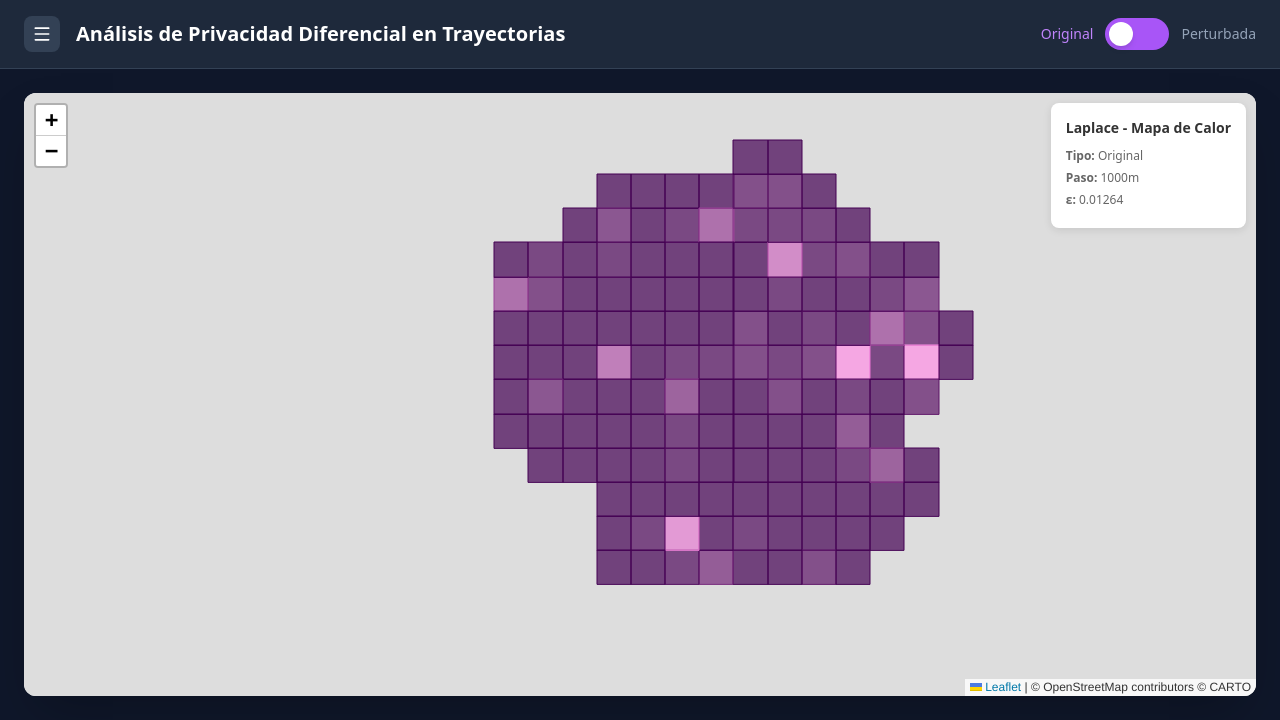
Repository: cflorido/front_thesis
Page: /
An editor plug-in stored every save of this project. The page is shown before and after the next save, followed by the edit.
The browser window is 1280 px wide. The pictures show the whole page.
The project was rebuilt for these pictures with package versions that can differ from the ones it lists, and the page was loaded fresh each time. Also part of the build but not shown: vite.config.js.

Above is the page before, as saved 2025-10-17 11:36:58.

### index.html
<!doctype html>
<html lang="en">
  <head>
    <meta charset="UTF-8" />
    <link rel="icon" type="image/svg+xml" href="/vite.svg" />
    <meta name="viewport" content="width=device-width, initial-scale=1.0" />
    <title>differential-privacy-viz</title>
  </head>
  <body>
    <div id="root"></div>
    <script type="module" src="/src/main.jsx"></script>
  </body>
</html>

### src/App.jsx
import React, { useState, useEffect } from 'react';
import { Menu, X, MapPin, TrendingUp, Navigation, Grid, BarChart3, ArrowRightLeft } from 'lucide-react';
import Papa from 'papaparse';

const DifferentialPrivacyVisualizer = () => {
  const [menuOpen, setMenuOpen] = useState(false);
  const [selectedAlgorithm, setSelectedAlgorithm] = useState('laplace');
  const [selectedGraphType, setSelectedGraphType] = useState('heatmap');
  const [showOriginal, setShowOriginal] = useState(true);
  const [selectedK, setSelectedK] = useState(1);
  const [selectedEpsilon, setSelectedEpsilon] = useState('0.01264');
  const [selectedPaso, setSelectedPaso] = useState(1000);
  const [mapHTML, setMapHTML] = useState('');
  const [loading, setLoading] = useState(false);

  const algorithms = [
    { id: 'laplace', name: 'Laplace', icon: TrendingUp },
    { id: 'pivot', name: 'Pivot Sampling', icon: Navigation },
    { id: 'anchor', name: 'Anchor Pivot', icon: MapPin }
  ];

  const graphTypes = [
    { id: 'heatmap', name: 'Mapa de Calor', icon: Grid },
    { id: 'destinations', name: 'Destinos', icon: MapPin },
    { id: 'origins', name: 'Orígenes', icon: Navigation },
    { id: 'flows', name: 'Flujos OD', icon: ArrowRightLeft }
  ];

  const epsilonValues = ['0.01264', '0.02148', '0.03032', '0.03916', '0.04358'];
  const kValues = [1, 2, 3, 4, 5];
  const pasoValues = [1000, 1500, 2000, 2500, 3000];

  const loadCSVData = async (folder, paramStr, odType) => {
    try {
      const odFile = `/${folder}/OD_${odType}_${paramStr}.csv`;
      const celdasFile = `/${folder}/celdas_${paramStr}.csv`;
      const minimosFile = `/${folder}/minimos_${paramStr}.csv`;
      console.log('Archivos a cargar:', { odFile, celdasFile, minimosFile });

      const [odResponse, celdasResponse, minimosResponse] = await Promise.all([
        fetch(odFile),
        fetch(celdasFile),
        fetch(minimosFile)
      ]);

      if (!odResponse.ok || !celdasResponse.ok || !minimosResponse.ok) {
        throw new Error('Error cargando archivos CSV');
      }

      const [odText, celdasText, minimosText] = await Promise.all([
        odResponse.text(),
        celdasResponse.text(),
        minimosResponse.text()
      ]);

      const odData = Papa.parse(odText, { header: true, dynamicTyping: true }).data;
      const celdasData = Papa.parse(celdasText, { header: true, dynamicTyping: true }).data;
      const minimosData = Papa.parse(minimosText, { header: true, dynamicTyping: true }).data;

      console.log('Datos cargados exitosamente desde:', { odFile, celdasFile, minimosFile });
      // Convertir OD a matriz
      const OD = odData.map(row => Object.values(row).filter(v => typeof v === 'number'));

      // Convertir celdas a diccionario
      const celdas = {};
      celdasData.forEach(row => {
        if (row.i !== undefined && row.j !== undefined && row.indice !== undefined) {
          celdas[`${row.i},${row.j}`] = row.indice;
        }
      });

      const lat_min = minimosData[0].lat_min;
      const lon_min = minimosData[0].lon_min;

      return { OD, celdas, lat_min, lon_min };
    } catch (error) {
      console.error('Error cargando datos:', error);
      throw error;
    }
  };

  const generateHeatmap = (OD, celdas, lat_min, lon_min, paso_m, odType) => {
    const viajes_por_celda = OD.map((row, i) => row[i] || 0);
    const max_viajes = Math.max(...viajes_por_celda);

    const celdasArray = Object.entries(celdas).map(([key, idx]) => {
      const [i, j] = key.split(',').map(Number);
      return { i, j, idx };
    });

    let rectangles = '';
    celdasArray.forEach(({ i, j, idx }) => {
      const paso_lat = paso_m / 111000;
      const paso_lon = paso_m / (111000 * Math.cos((lat_min * Math.PI) / 180));
      const lat_c = lat_min + (i + 0.5) * paso_lat;
      const lon_c = lon_min + (j + 0.5) * paso_lon;
      const radio_lat = (paso_m / 2) / 111000;
      const radio_lon = (paso_m / 2) / (111000 * Math.cos((lat_c * Math.PI) / 180));

      const intensidad = viajes_por_celda[idx] || 0;
      const normalizado = max_viajes > 0 ? intensidad / max_viajes : 0;

      // Plasma colormap
      const r = Math.floor(255 * (0.267 + normalizado * 0.733));
      const g = Math.floor(255 * (0.005 + normalizado * 0.567));
      const b = Math.floor(255 * (0.329 + normalizado * 0.573));
      const color = `rgb(${r},${g},${b})`;

      rectangles += `
        L.rectangle(
          [[${lat_c - radio_lat}, ${lon_c - radio_lon}], [${lat_c + radio_lat}, ${lon_c + radio_lon}]],
          {
            color: '${color}',
            fillColor: '${color}',
            fillOpacity: 0.7,
            weight: 1
          }
        ).bindPopup('Zona: ${idx}<br>Viajes: ${intensidad}').addTo(map);
      `;
    });

    return rectangles;
  };

  const generateDestinations = (OD, celdas, lat_min, lon_min, paso_m) => {
    const viajes_por_celda = Array(OD.length).fill(0);
    for (let j = 0; j < OD[0].length; j++) {
      for (let i = 0; i < OD.length; i++) {
        viajes_por_celda[j] += OD[i][j] || 0;
      }
    }

    const max_viajes = Math.max(...viajes_por_celda);
    const celdasArray = Object.entries(celdas).map(([key, idx]) => {
      const [i, j] = key.split(',').map(Number);
      return { i, j, idx };
    });

    let rectangles = '';
    celdasArray.forEach(({ i, j, idx }) => {
      const paso_lat = paso_m / 111000;
      const paso_lon = paso_m / (111000 * Math.cos((lat_min * Math.PI) / 180));
      const lat_c = lat_min + (i + 0.5) * paso_lat;
      const lon_c = lon_min + (j + 0.5) * paso_lon;
      const radio_lat = (paso_m / 2) / 111000;
      const radio_lon = (paso_m / 2) / (111000 * Math.cos((lat_c * Math.PI) / 180));

      const intensidad = viajes_por_celda[idx] || 0;
      const normalizado = max_viajes > 0 ? intensidad / max_viajes : 0;

      const r = Math.floor(255 * (0.267 + normalizado * 0.733));
      const g = Math.floor(255 * (0.005 + normalizado * 0.567));
      const b = Math.floor(255 * (0.329 + normalizado * 0.573));
      const color = `rgb(${r},${g},${b})`;

      rectangles += `
        L.rectangle(
          [[${lat_c - radio_lat}, ${lon_c - radio_lon}], [${lat_c + radio_lat}, ${lon_c + radio_lon}]],
          {
            color: '${color}',
            fillColor: '${color}',
            fillOpacity: 0.7,
            weight: 1
          }
        ).bindPopup('Zona destino: ${idx}<br>Viajes recibidos: ${intensidad}').addTo(map);
      `;
    });

    return rectangles;
  };

  const generateOrigins = (OD, celdas, lat_min, lon_min, paso_m) => {
    const viajes_por_celda = OD.map(row => row.reduce((a, b) => a + (b || 0), 0));
    const max_viajes = Math.max(...viajes_por_celda);

    const celdasArray = Object.entries(celdas).map(([key, idx]) => {
      const [i, j] = key.split(',').map(Number);
      return { i, j, idx };
    });

    let rectangles = '';
    celdasArray.forEach(({ i, j, idx }) => {
      const paso_lat = paso_m / 111000;
      const paso_lon = paso_m / (111000 * Math.cos((lat_min * Math.PI) / 180));
      const lat_c = lat_min + (i + 0.5) * paso_lat;
      const lon_c = lon_min + (j + 0.5) * paso_lon;
      const radio_lat = (paso_m / 2) / 111000;
      const radio_lon = (paso_m / 2) / (111000 * Math.cos((lat_c * Math.PI) / 180));

      const intensidad = viajes_por_celda[idx] || 0;
      const normalizado = max_viajes > 0 ? intensidad / max_viajes : 0;

      const r = Math.floor(255 * (0.267 + normalizado * 0.733));
      const g = Math.floor(255 * (0.005 + normalizado * 0.567));
      const b = Math.floor(255 * (0.329 + normalizado * 0.573));
      const color = `rgb(${r},${g},${b})`;

      rectangles += `
        L.rectangle(
          [[${lat_c - radio_lat}, ${lon_c - radio_lon}], [${lat_c + radio_lat}, ${lon_c + radio_lon}]],
          {
            color: '${color}',
            fillColor: '${color}',
            fillOpacity: 0.7,
            weight: 1
          }
        ).bindPopup('Zona origen: ${idx}<br>Viajes enviados: ${intensidad}').addTo(map);
      `;
    });

    return rectangles;
  };

  const generateFlows = (OD, celdas, lat_min, lon_min, paso_m) => {
    const max_viajes = Math.max(...OD.flat());
    const celdasArray = Object.entries(celdas).map(([key, idx]) => {
      const [i, j] = key.split(',').map(Number);
      return { i, j, idx };
    });

    // Función auxiliar para obtener coordenadas
    const getCellCenter = (idx) => {
      const cell = celdasArray.find(c => c.idx === idx);
      if (!cell) return null;
      const paso_lat = paso_m / 111000;
      const paso_lon = paso_m / (111000 * Math.cos((lat_min * Math.PI) / 180));
      const lat_c = lat_min + (cell.i + 0.5) * paso_lat;
      const lon_c = lon_min + (cell.j + 0.5) * paso_lon;
      return [lat_c, lon_c];
    };

    let flows = '';
    for (let i = 0; i < OD.length; i++) {
      for (let j = 0; j < OD[i].length; j++) {
        if (OD[i][j] > 0) {
          const origin = getCellCenter(i);
          const dest = getCellCenter(j);
          if (!origin || !dest) continue;

          const weight = 2 + (OD[i][j] / max_viajes * 5);
          const normalizado = OD[i][j] / max_viajes;
          const r = Math.floor(255 * (1 - normalizado));
          const b = Math.floor(255 * normalizado);
          const color = `rgba(${r},0,${b},0.6)`;

          flows += `
            L.polyline(
              [[${origin[0]}, ${origin[1]}], [${dest[0]}, ${dest[1]}]],
              {
                color: '${color}',
                weight: ${weight},
                opacity: 0.6
              }
            ).bindPopup('Viajes desde celda ${i} a celda ${j}: ${OD[i][j]}').addTo(map);
          `;
        }
      }
    }

    return flows;
  };

  const generateMap = async () => {
    setLoading(true);

    try {
      let folder = '';
      let paramStr = '';

      if (selectedAlgorithm === 'laplace') {
        folder = 'Laplace_data';
        paramStr = `eps${selectedEpsilon}_paso${selectedPaso}`;
      } else if (selectedAlgorithm === 'pivot') {
        folder = 'Pivot_data';
        paramStr = `k${selectedK}_paso${selectedPaso}`;
      } else {
        folder = 'Pivot_data_anchor';
        paramStr = `k${selectedK}_paso${selectedPaso}`;
      }

      const odType = showOriginal ? 'original' : 'perturbada';
      const { OD, celdas, lat_min, lon_min } = await loadCSVData(folder, paramStr, odType);

      let mapContent = '';
      if (selectedGraphType === 'heatmap') {
        mapContent = generateHeatmap(OD, celdas, lat_min, lon_min, selectedPaso, odType);
      } else if (selectedGraphType === 'destinations') {
        mapContent = generateDestinations(OD, celdas, lat_min, lon_min, selectedPaso);
      } else if (selectedGraphType === 'origins') {
        mapContent = generateOrigins(OD, celdas, lat_min, lon_min, selectedPaso);
      } else if (selectedGraphType === 'flows') {
        mapContent = generateFlows(OD, celdas, lat_min, lon_min, selectedPaso);
      }

      const algorithmName = algorithms.find(a => a.id === selectedAlgorithm)?.name;
      const graphName = graphTypes.find(g => g.id === selectedGraphType)?.name;

      const html = `
        <!DOCTYPE html>
        <html>
        <head>
          <link rel="stylesheet" href="https://unpkg.com/leaflet@1.9.4/dist/leaflet.css" />
          <script src="https://unpkg.com/leaflet@1.9.4/dist/leaflet.js"></script>
          <style>
            body { margin: 0; padding: 0; }
            #map { height: 100vh; width: 100%; }
            .info-box {
              position: absolute;
              top: 10px;
              right: 10px;
              background: white;
              padding: 15px;
              border-radius: 8px;
              box-shadow: 0 2px 8px rgba(0,0,0,0.1);
              z-index: 1000;
              font-family: system-ui;
            }
            .info-box h3 { margin: 0 0 10px 0; font-size: 14px; color: #333; }
            .info-box p { margin: 5px 0; font-size: 12px; color: #666; }
          </style>
        </head>
        <body>
          <div id="map"></div>
          <div class="info-box">
            <h3>${algorithmName} - ${graphName}</h3>
            <p><strong>Tipo:</strong> ${showOriginal ? 'Original' : 'Perturbada'}</p>
            <p><strong>Paso:</strong> ${selectedPaso}m</p>
            ${selectedAlgorithm === 'laplace' ? `<p><strong>ε:</strong> ${selectedEpsilon}</p>` : `<p><strong>k:</strong> ${selectedK}</p>`}
          </div>
          <script>
            var map = L.map('map').setView([${lat_min + 0.05}, ${lon_min + 0.05}], 12);
            L.tileLayer('https://{s}.basemaps.cartocdn.com/light_all/{z}/{x}/{y}{r}.png', {
              attribution: '&copy; OpenStreetMap contributors &copy; CARTO',
              subdomains: 'abcd',
              maxZoom: 20
            }).addTo(map);

            ${mapContent}
          </script>
        </body>
        </html>
      `;

      setMapHTML(html);
    } catch (error) {
      console.error('Error generando mapa:', error);
      setMapHTML(`
        <div style="padding: 40px; text-align: center; color: #666;">
          <h3>Error al cargar los datos</h3>
          <p>${error.message}</p>
          <p style="font-size: 12px; margin-top: 20px;">Asegúrate de que los archivos CSV estén en la carpeta public/</p>
        </div>
      `);
    }

    setLoading(false);
  };

  useEffect(() => {
    generateMap();
  }, [selectedAlgorithm, selectedGraphType, showOriginal, selectedK, selectedEpsilon, selectedPaso]);

  return (
    <div className="h-screen w-screen bg-slate-900 flex overflow-hidden">
      <div
        className={`bg-slate-800 transition-all duration-300 ease-in-out ${
          menuOpen ? 'w-1/4' : 'w-0'
        } overflow-hidden flex flex-col`}
      >
        <div className="p-6 border-b border-slate-700">
          <h2 className="text-xl font-bold text-white flex items-center gap-2">
            <MapPin className="w-5 h-5 text-emerald-400" />
            Configuración
          </h2>
        </div>

        <div className="flex-1 overflow-y-auto p-6 space-y-6">
          <div>
            <label className="text-sm font-semibold text-slate-300 mb-3 block">
              Algoritmo
            </label>
            <div className="space-y-2">
              {algorithms.map((algo) => (
                <button
                  key={algo.id}
                  onClick={() => setSelectedAlgorithm(algo.id)}
                  className={`w-full px-4 py-3 rounded-lg flex items-center gap-3 transition-all ${
                    selectedAlgorithm === algo.id
                      ? 'bg-emerald-500 text-white shadow-lg shadow-emerald-500/50'
                      : 'bg-slate-700 text-slate-300 hover:bg-slate-600'
                  }`}
                >
                  <algo.icon className="w-4 h-4" />
                  <span className="font-medium">{algo.name}</span>
                </button>
              ))}
            </div>
          </div>

          <div>
            <label className="text-sm font-semibold text-slate-300 mb-3 block">
              Tipo de Visualización
            </label>
            <div className="space-y-2">
              {graphTypes.map((type) => (
                <button
                  key={type.id}
                  onClick={() => setSelectedGraphType(type.id)}
                  className={`w-full px-4 py-3 rounded-lg flex items-center gap-3 transition-all ${
                    selectedGraphType === type.id
                      ? 'bg-blue-500 text-white shadow-lg shadow-blue-500/50'
                      : 'bg-slate-700 text-slate-300 hover:bg-slate-600'
                  }`}
                >
                  <type.icon className="w-4 h-4" />
                  <span className="font-medium">{type.name}</span>
                </button>
              ))}
            </div>
          </div>

          <div>
            <label className="text-sm font-semibold text-slate-300 mb-3 block">
              Paso (metros)
            </label>
            <select
              value={selectedPaso}
              onChange={(e) => setSelectedPaso(Number(e.target.value))}
              className="w-full px-4 py-2 rounded-lg bg-slate-700 text-white border border-slate-600 focus:border-emerald-500 focus:outline-none"
            >
              {pasoValues.map(p => (
                <option key={p} value={p}>{p}m</option>
              ))}
            </select>
          </div>

          {selectedAlgorithm === 'laplace' ? (
            <div>
              <label className="text-sm font-semibold text-slate-300 mb-3 block">
                Epsilon (ε)
              </label>
              <select
                value={selectedEpsilon}
                onChange={(e) => setSelectedEpsilon(e.target.value)}
                className="w-full px-4 py-2 rounded-lg bg-slate-700 text-white border border-slate-600 focus:border-emerald-500 focus:outline-none"
              >
                {epsilonValues.map(eps => (
                  <option key={eps} value={eps}>{eps}</option>
                ))}
              </select>
            </div>
          ) : (
            <div>
              <label className="text-sm font-semibold text-slate-300 mb-3 block">
                Multiplicador (k)
              </label>
              <select
                value={selectedK}
                onChange={(e) => setSelectedK(Number(e.target.value))}
                className="w-full px-4 py-2 rounded-lg bg-slate-700 text-white border border-slate-600 focus:border-emerald-500 focus:outline-none"
              >
                {kValues.map(k => (
                  <option key={k} value={k}>{k}</option>
                ))}
              </select>
            </div>
          )}
        </div>
      </div>

      <div className="flex-1 flex flex-col">
        <div className="bg-slate-800 border-b border-slate-700 px-6 py-4 flex items-center justify-between">
          <div className="flex items-center gap-4">
            <button
              onClick={() => setMenuOpen(!menuOpen)}
              className="p-2 rounded-lg bg-slate-700 text-white hover:bg-slate-600 transition-colors"
            >
              {menuOpen ? <X className="w-5 h-5" /> : <Menu className="w-5 h-5" />}
            </button>
            <h1 className="text-xl font-bold text-white">
              Análisis de Privacidad Diferencial en Trayectorias
            </h1>
          </div>

          <div className="flex items-center gap-3">
            <span className={`text-sm font-medium transition-colors ${showOriginal ? 'text-purple-400' : 'text-slate-400'}`}>
              Original
            </span>
            <button
              onClick={() => setShowOriginal(!showOriginal)}
              className={`relative w-16 h-8 rounded-full transition-all duration-300 ${
                showOriginal ? 'bg-purple-500' : 'bg-orange-500'
              }`}
            >
              <div
                className={`absolute top-1 left-1 w-6 h-6 bg-white rounded-full shadow-md transition-transform duration-300 ${
                  showOriginal ? 'translate-x-0' : 'translate-x-8'
                }`}
              />
            </button>
            <span className={`text-sm font-medium transition-colors ${!showOriginal ? 'text-orange-400' : 'text-slate-400'}`}>
              Perturbada
            </span>
          </div>
        </div>

        <div className="flex-1 bg-slate-900 p-6">
          <div className="h-full w-full bg-white rounded-xl shadow-2xl overflow-hidden">
            {loading ? (
              <div className="h-full flex items-center justify-center">
                <div className="text-center">
                  <div className="w-16 h-16 border-4 border-emerald-500 border-t-transparent rounded-full animate-spin mx-auto mb-4"></div>
                  <p className="text-slate-600 font-medium">Generando visualización...</p>
                </div>
              </div>
            ) : (
              <iframe
                srcDoc={mapHTML}
                className="w-full h-full border-0"
                title="Mapa de visualización"
              />
            )}
          </div>
        </div>
      </div>
    </div>
  );
};

export default DifferentialPrivacyVisualizer;

Loaded but not shown: src/main.jsx (common file); src/index.css (common file); tailwind.config.js (common file)

After the next save:
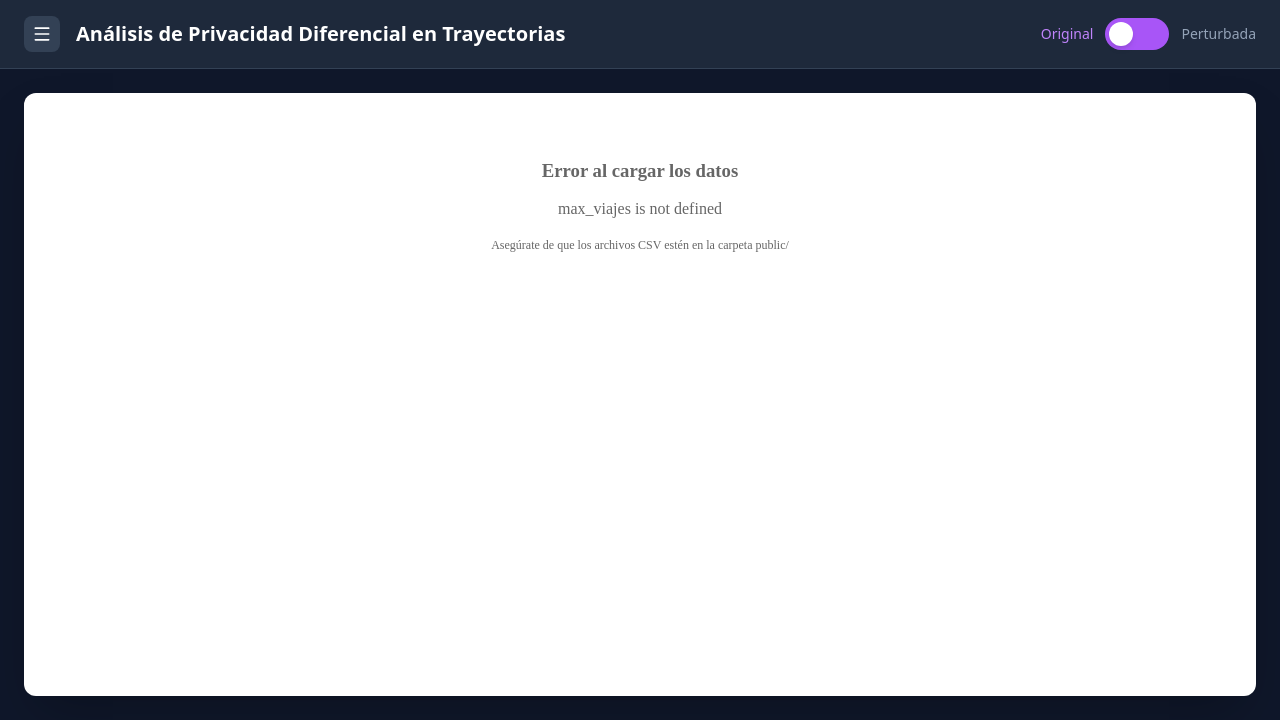
Saved 6 min 46 s later.
--- a/src/App.jsx
+++ b/src/App.jsx
@@ -122,8 +122,9 @@ const DifferentialPrivacyVisualizer = () => {
     return rectangles;
   };
 
-  const generateDestinations = (OD, celdas, lat_min, lon_min, paso_m) => {
-    const viajes_por_celda = Array(OD.length).fill(0);
+const generateDestinations = (OD, celdas, lat_min, lon_min, paso_m) => {
+    // Sumar por columnas (destinos)
+    const viajes_por_celda = Array(OD[0].length).fill(0);
     for (let j = 0; j < OD[0].length; j++) {
       for (let i = 0; i < OD.length; i++) {
         viajes_por_celda[j] += OD[i][j] || 0;
@@ -148,6 +149,7 @@ const DifferentialPrivacyVisualizer = () => {
       const intensidad = viajes_por_celda[idx] || 0;
       const normalizado = max_viajes > 0 ? intensidad / max_viajes : 0;
 
+      // Plasma colormap (igual al código Python)
       const r = Math.floor(255 * (0.267 + normalizado * 0.733));
       const g = Math.floor(255 * (0.005 + normalizado * 0.567));
       const b = Math.floor(255 * (0.329 + normalizado * 0.573));
@@ -167,7 +169,7 @@ const DifferentialPrivacyVisualizer = () => {
     });
 
     return rectangles;
-  };
+};
 
   const generateOrigins = (OD, celdas, lat_min, lon_min, paso_m) => {
     const viajes_por_celda = OD.map(row => row.reduce((a, b) => a + (b || 0), 0));
@@ -315,6 +317,21 @@ const DifferentialPrivacyVisualizer = () => {
               z-index: 1000;
               font-family: system-ui;
             }
+              .legend {
+              position: absolute;
+              bottom: 10px;
+              right: 10px;
+              background: white;
+              padding: 15px;
+              border-radius: 8px;
+              box-shadow: 0 2px 8px rgba(0,0,0,0.1);
+              z-index: 999;
+              font-family: system-ui;
+            }
+            .legend h4 { margin: 0 0 10px 0; font-size: 12px; color: #333; }
+            .legend-item { display: flex; align-items: center; gap: 8px; margin: 5px 0; font-size: 11px; }
+            .legend-color { width: 20px; height: 20px; border: 1px solid #ccc; }
+
             .info-box h3 { margin: 0 0 10px 0; font-size: 14px; color: #333; }
             .info-box p { margin: 5px 0; font-size: 12px; color: #666; }
           </style>
@@ -337,6 +354,14 @@ const DifferentialPrivacyVisualizer = () => {
 
             ${mapContent}
           </script>
+          <div class="legend">
+            <h4>Viajes destino (0 a ${max_viajes})</h4>
+            <div style="width: 150px; height: 15px; background: linear-gradient(to right, rgb(68,1,84), rgb(59,82,139), rgb(33,145,140), rgb(253,231,37)); border: 1px solid #ccc; border-radius: 3px;"></div>
+            <div style="display: flex; justify-content: space-between; font-size: 10px; margin-top: 5px; color: #666;">
+              <span>Mín</span>
+              <span>Máx</span>
+            </div>
+          </div>
         </body>
         </html>
       `;
